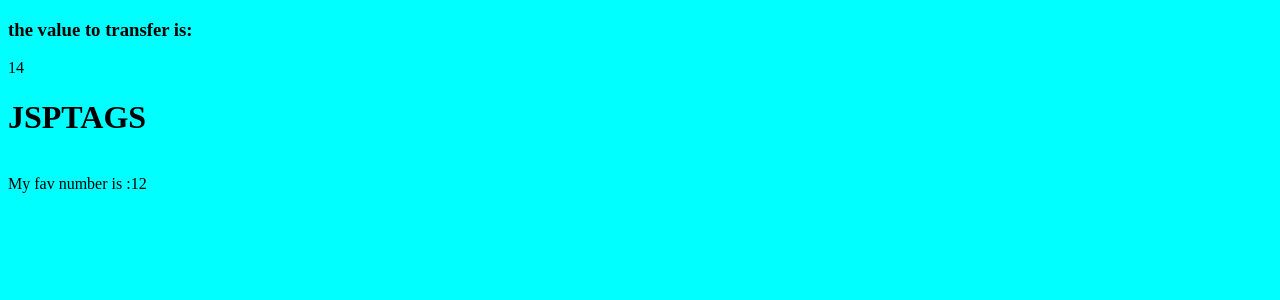
Repository: GarvKumar/ADVANCEDJAVATRAINING
Page: http://localhost/jsp1/Add.jsp
The author's editor kept a copy of each file at every save. The page is drawn from the files as they stood at one save, then again after the next save.
The browser window is 1280 px wide. The pictures show the whole page.
The page is served by Tomcat 9.

Above is the page before, as saved 2023-01-28 06:14:50.

After the next save:
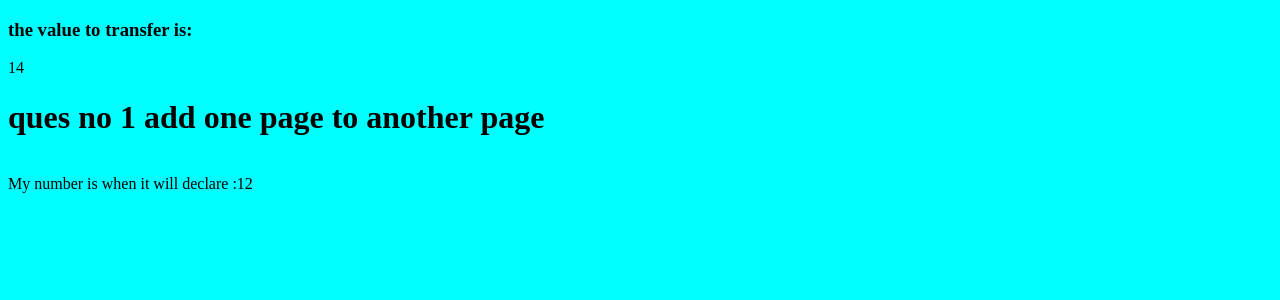
Saved 14 min 51 s later.
--- a/jsp1/src/main/webapp/Add.jsp
+++ b/jsp1/src/main/webapp/Add.jsp
@@ -3,7 +3,7 @@
 <!-- Drective tag --><%@page import="java.util.*,java.util.Random" %>
  <!-- errorPage="error.jsp">-->
  <%@page import="java.sql.*"%>
- <%@page errorPage="error.jsp"%>
+
 
 
 <%@include file="header.jsp" %>
@@ -14,7 +14,7 @@
 <title>add</title>
 </head>
 <body bgcolor="cyan">
-<h1> JSPTAGS</h1>
+<h1>ques no 1 add one page to another page</h1>
 
   <!--  Declaration tag -->
   <%!
@@ -32,6 +32,6 @@
 	%>
 
 	<br>
-<!--  Expression tag -->	My fav number is :<%= var  %>
+<!--  Expression tag -->	My number is when it will declare  :<%= var  %>
 </body>
 </html>
